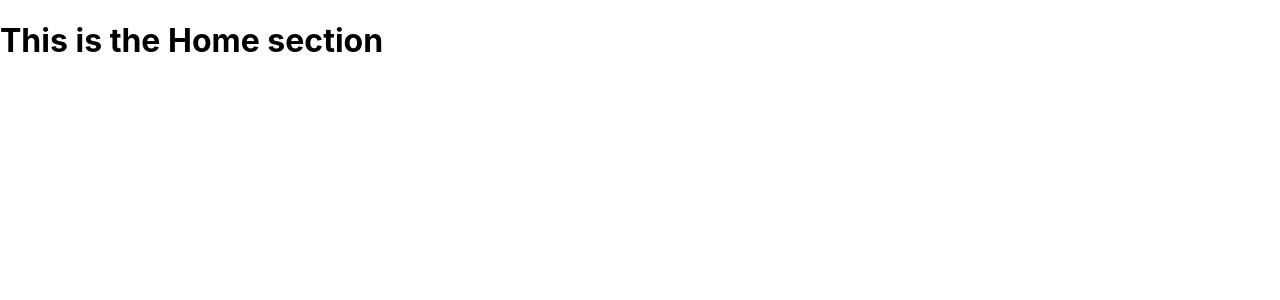
Repository: Colo-Codes/react-hooks-use-cases
Page: /
An editor plug-in stored every save of this project. The page is shown before and after the next save, followed by the edit.
The browser window is 1280 px wide. The pictures show the whole page.
The project was rebuilt for these pictures with package versions that can differ from the ones it lists, and the page was loaded fresh each time. Also part of the build but not shown: src/App.css, src/components/UseCaseUseState/UseCaseUseState.js.

Above is the page before, as saved 2021-09-07 08:11:40.

### src/App.js
import './App.css';
import { BrowserRouter as Router, Route, Switch } from 'react-router-dom';
import React from 'react';
import Home from './components/Home/Home';
import UseCaseUseState from './components/UseCaseUseState/UseCaseUseState';

function App() {
  return (
    <Router>
      <Home />
      <Switch>

      </Switch>
    </Router>
  );
};

export default App;

### src/components/Home/Home.js
const Home = props => {
    return (
        <h1>This is the Home section</h1>
    );
};

export default Home;

Loaded but not shown: public/index.html (common file); src/index.js (common file); src/index.css (common file); src/reportWebVitals.js (common file)

After the next save:
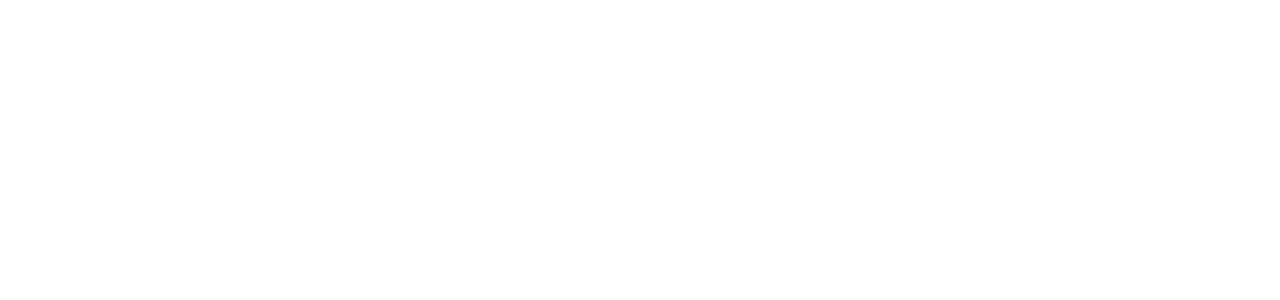
Saved 56 s later.
--- a/src/App.js
+++ b/src/App.js
@@ -7,9 +7,10 @@
 function App() {
   return (
     <Router>
-      <Home />
       <Switch>
+        <Route>
 
+        </Route>
       </Switch>
     </Router>
   );

After the 3 saves that followed:
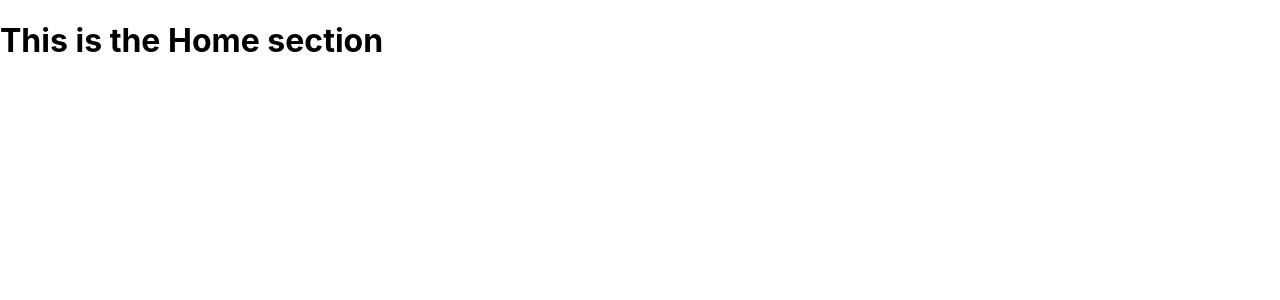
The 3 saves are shown as one change because 2 left the picture as it was.
The last was saved 94 s later.
--- a/src/App.js
+++ b/src/App.js
@@ -8,7 +8,12 @@
   return (
     <Router>
       <Switch>
-        <Route>
+        <Route path="/">
+          <Home />
+        </Route>
+      </Switch>
+      <Switch>
+        <Route path="/usestate">
 
         </Route>
       </Switch>
